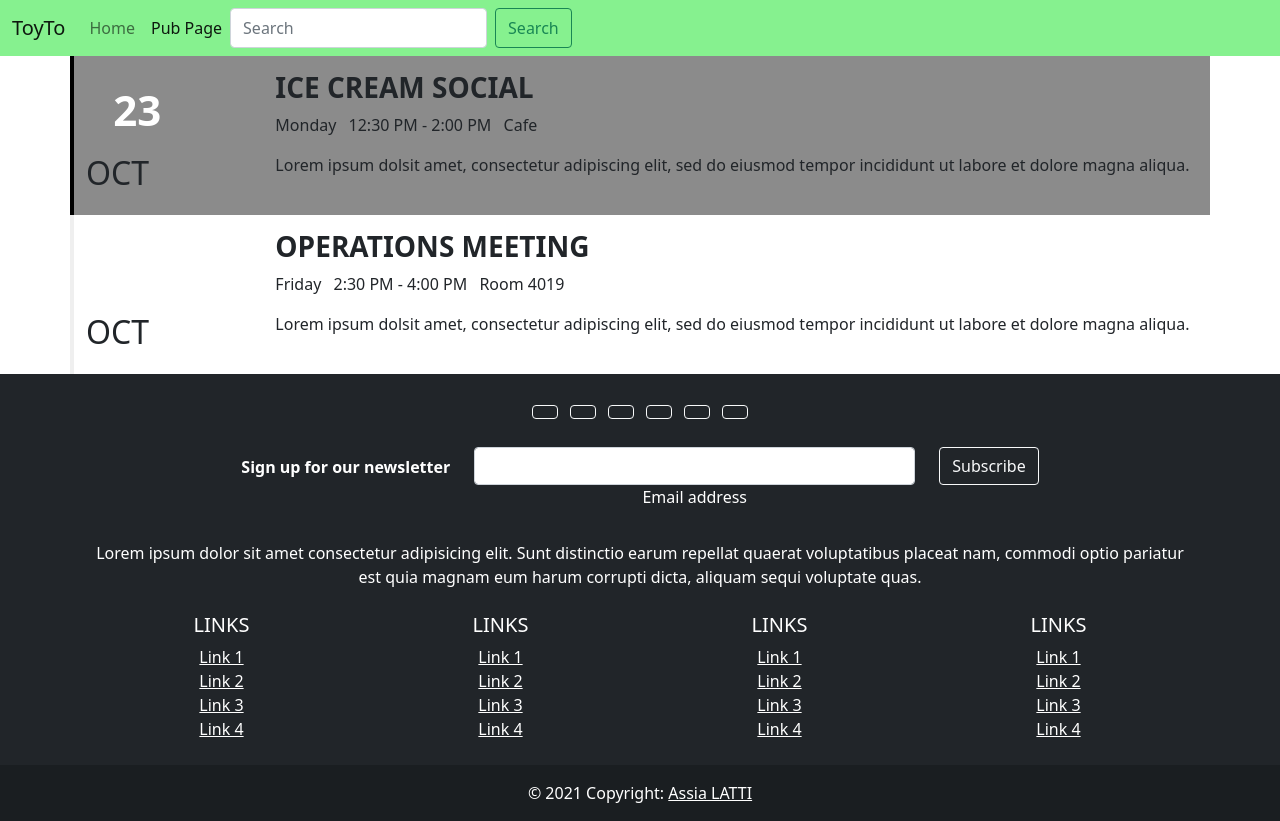
Repository: Omistusama/association
Page: pubpage.html
The author's editor kept a copy of each file at every save. The page is drawn from the files as they stood at one save, then again after the next save.
The browser window is 1280 px wide. The pictures show the whole page.
Some web libraries are served in a nearby version.

Above is the page before, as saved 2021-02-26 11:31:09.

After the next save:
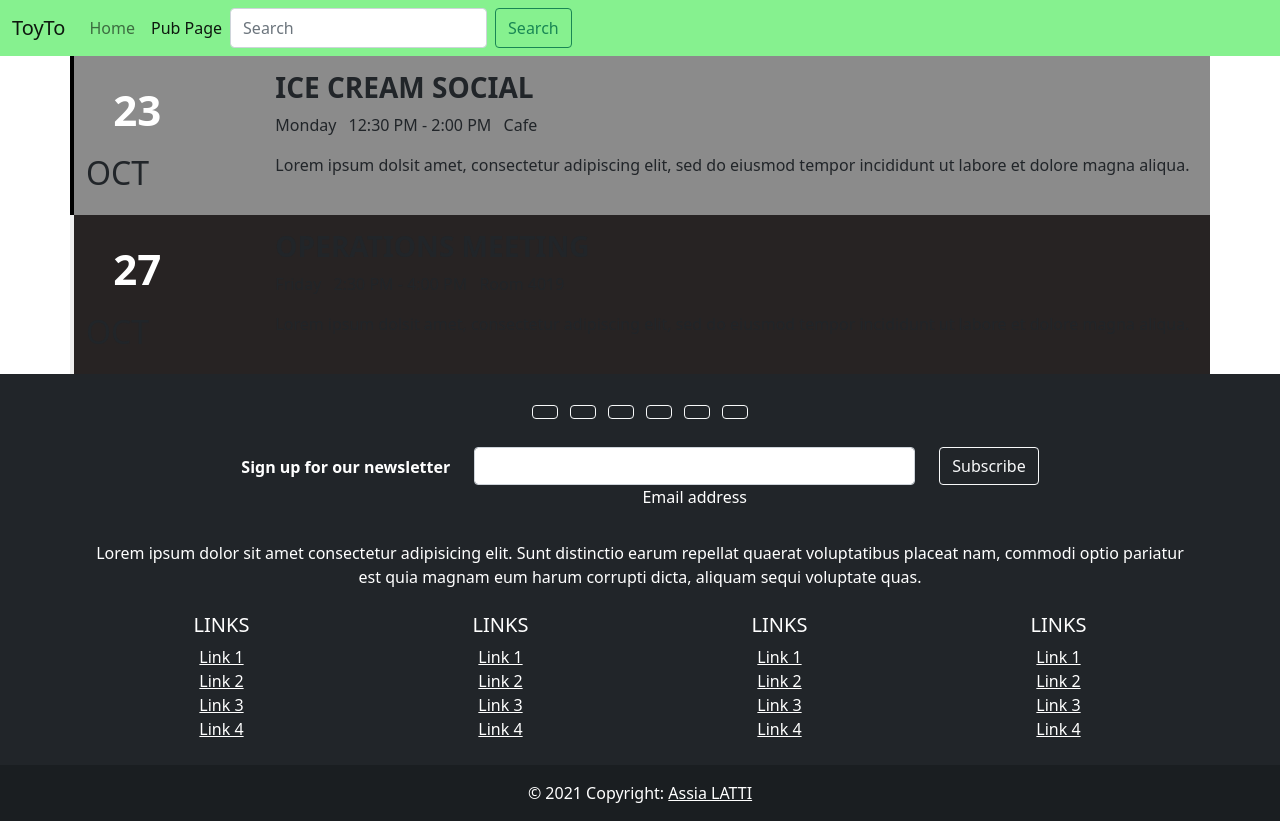
Saved 13 s later.
--- a/pubpagestyles.css
+++ b/pubpagestyles.css
@@ -4,7 +4,7 @@
   }
 
   .row-striped:nth-of-type(even){
-    background-color: #ffffff;
+    background-color: #272323;
     border-left: 4px #efefef solid;
   }
 

After the save that followed:
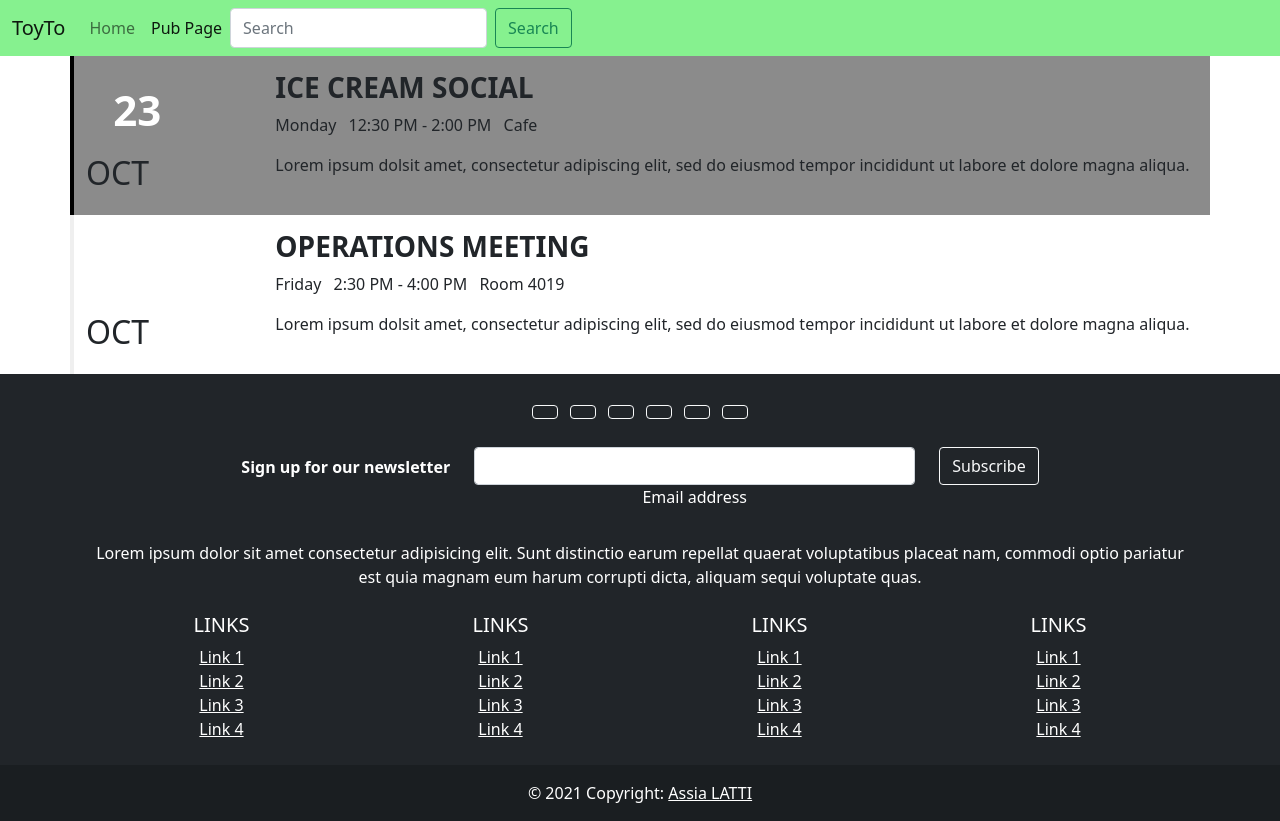
Saved 7 s later.
--- a/pubpagestyles.css
+++ b/pubpagestyles.css
@@ -4,7 +4,7 @@
   }
 
   .row-striped:nth-of-type(even){
-    background-color: #272323;
+    background-color: #ffffff;
     border-left: 4px #efefef solid;
   }
 
